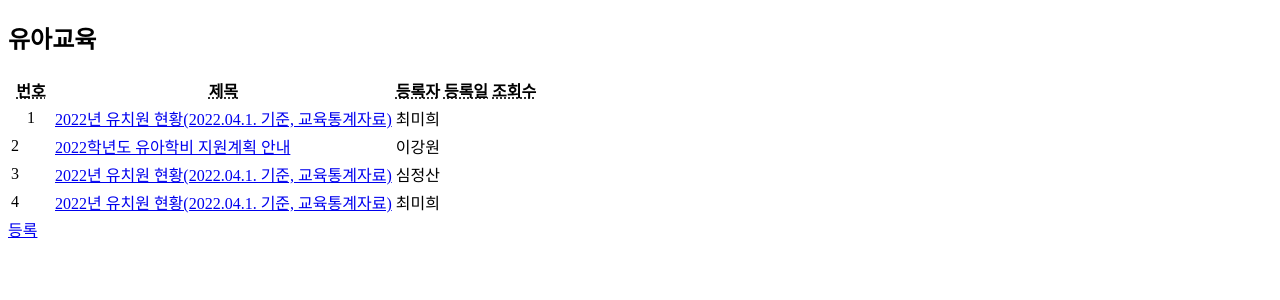
Repository: songyooon/pro06
Page: http://localhost/policy/infantlist
These files come from the project's save history. The page is drawn as it stood at one moment and after the next save; the edit follows.
The browser window is 1280 px wide. The pictures show the whole page.
The page is this project's Thymeleaf template; nobody is signed in. The template is opened directly, without the code that normally fills it, so the values that code supplies are empty.

Above is the page before, as saved 2022-12-26 04:22:42.

### myapp/src/main/resources/templates/policy/infantlist.html
<!DOCTYPE html>
<html lang="ko" xmlns="http://www.w3.org/1999/xhtml"
 xmlns:th="http://www.thymeleaf.org"
 xmlns:layout="http://www.ultraq.net.nz/thymeleaf/layout">
<head>
	<title>유아교육</title>

</head>
<body>
<div class="fluid-container">

	<div class="container">
	<h2>유아교육</h2>

                <table class="table">
                  <thead>
                    <tr>
                      <th><abbr title="Num">번호</abbr></th>
                      <th><abbr title="Title">제목</abbr></th>
                      <th><abbr title="Comment">등록자</abbr></th>
                      <th><abbr title="Resdate">등록일</abbr></th>
                      <th><abbr title="Visited">조회수</abbr></th>

                    </tr>
                  </thead>
                   <tbody>

                    <tr>
                      <td>&nbsp;&nbsp;&nbsp;&nbsp;1&nbsp;&nbsp;&nbsp;&nbsp;</td>

                      <td>
                          <a href="/pro04/GetEsgDetailCtrl.html?no=1">2022년 유치원 현황(2022.04.1. 기준, 교육통계자료)
                      </td>
                      <td>
                      최미희
                      </td>
                      <td>

                      </td>
                      <td>

                      </td>

                    </tr>

                    <tr>
                      <td>2</td>

                      <td>
                          <a href="/pro04/GetEsgDetailCtrl.html?no=1">2022학년도 유아학비 지원계획 안내
                     </a>
                      </td>
                      <td>
                      이강원
                      </td>
                      <td>

                      </td>
                      <td>

                      </td>

                    </tr>

                    <tr>
                      <td>3</td>

                      <td>
                          <a href="/pro04/GetEsgDetailCtrl.html?no=1">2022년 유치원 현황(2022.04.1. 기준, 교육통계자료)</a>
                      </td>
                      <td>
                      심정산
                      </td>
                      <td>

                      </td>
                      <td>

                      </td>
                    </tr>

                    <tr>
                      <td>4</td>

                      <td>
                          <a href="/pro04/GetEsgDetailCtrl.html?no=1">2022년 유치원 현황(2022.04.1. 기준, 교육통계자료)</a>
                      </td>
                      <td>
                      최미희
                      </td>
                      <td>

                      </td>
                      <td>

                      </td>

                    </tr>



              </tbody>
            </table>

            <div class="buttons">
              <a href="/pro04/about/addEsgnews.html" class="button is-danger is-small is-outlined is-rounded">등록</a>
            </div>

  	</div>
</div>
</body>
</html>

After the next save:
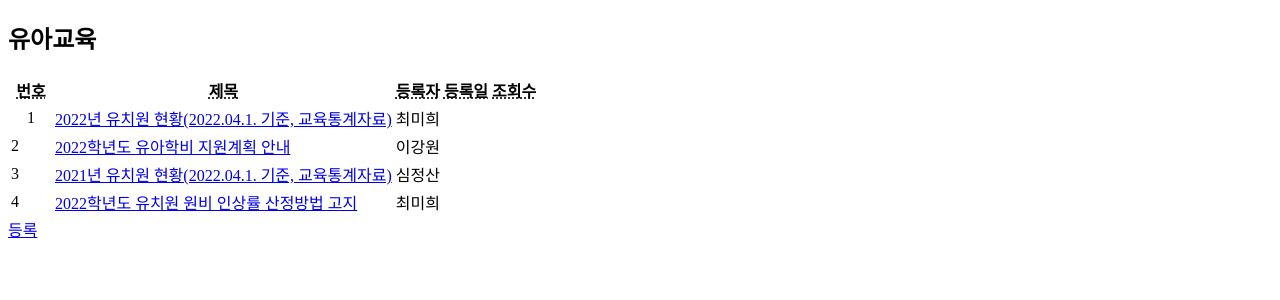
Saved 48 s later.
--- a/myapp/src/main/resources/templates/policy/infantlist.html
+++ b/myapp/src/main/resources/templates/policy/infantlist.html
@@ -66,7 +66,7 @@
                       <td>3</td>
 
                       <td>
-                          <a href="/pro04/GetEsgDetailCtrl.html?no=1">2022년 유치원 현황(2022.04.1. 기준, 교육통계자료)</a>
+                          <a href="/pro04/GetEsgDetailCtrl.html?no=1">2021년 유치원 현황(2022.04.1. 기준, 교육통계자료)</a>
                       </td>
                       <td>
                       심정산
@@ -83,7 +83,7 @@
                       <td>4</td>
 
                       <td>
-                          <a href="/pro04/GetEsgDetailCtrl.html?no=1">2022년 유치원 현황(2022.04.1. 기준, 교육통계자료)</a>
+                          <a href="/pro04/GetEsgDetailCtrl.html?no=1">2022학년도 유치원 원비 인상률 산정방법 고지</a>
                       </td>
                       <td>
                       최미희
